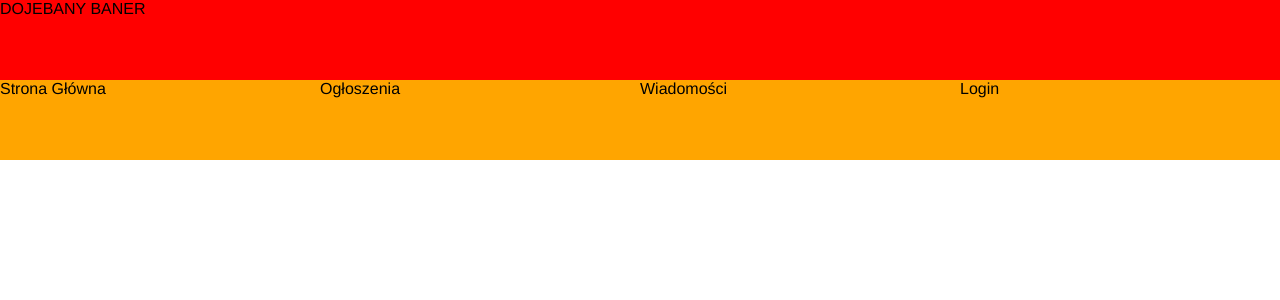
Repository: PatrykStawik/projectppz
Page: /Login
These files come from the project's save history. The page is drawn as it stood at one moment and after a run of saves; the edit follows.
The browser window is 1280 px wide. The pictures show the whole page.
The project was rebuilt for these pictures with package versions that can differ from the ones it lists, and the page was loaded fresh each time. The framework's server and built-in components were replaced by stand-ins that run in the browser.

Above is the page before, as saved 2021-05-21 21:55:01.

After the next 2 saves:
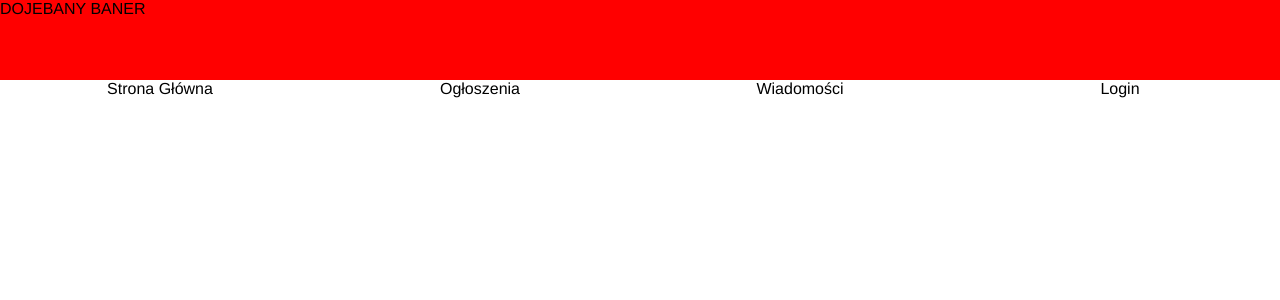
The 2 saves are shown as one change because 1 did not build or start.
The last was saved 9 s later.
--- a/components/Header/Header.tsx
+++ b/components/Header/Header.tsx
@@ -15,7 +15,7 @@
     .menuItem {
       flex: 1;
       height: 100%;
-
+      ${centerText(80)}
       background-color: ${colors.orange};
     }
   }

After the save that followed:
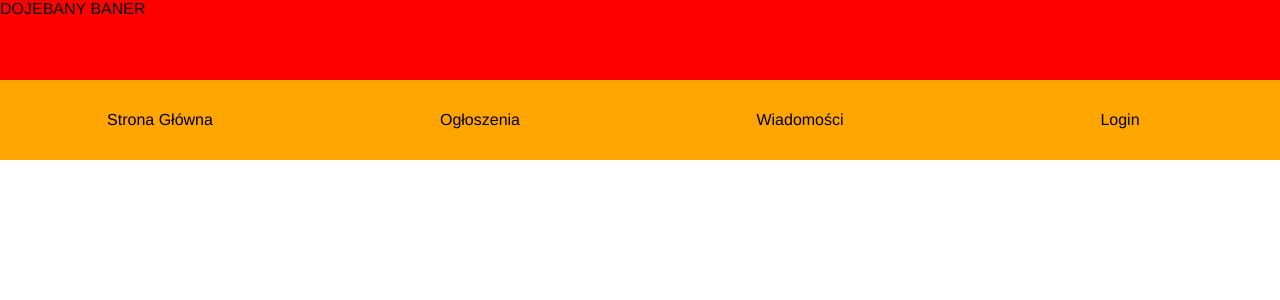
Saved 21 s later.
--- a/components/Header/Header.tsx
+++ b/components/Header/Header.tsx
@@ -15,7 +15,7 @@
     .menuItem {
       flex: 1;
       height: 100%;
-      ${centerText(80)}
+      ${centerText(80)};
       background-color: ${colors.orange};
     }
   }
